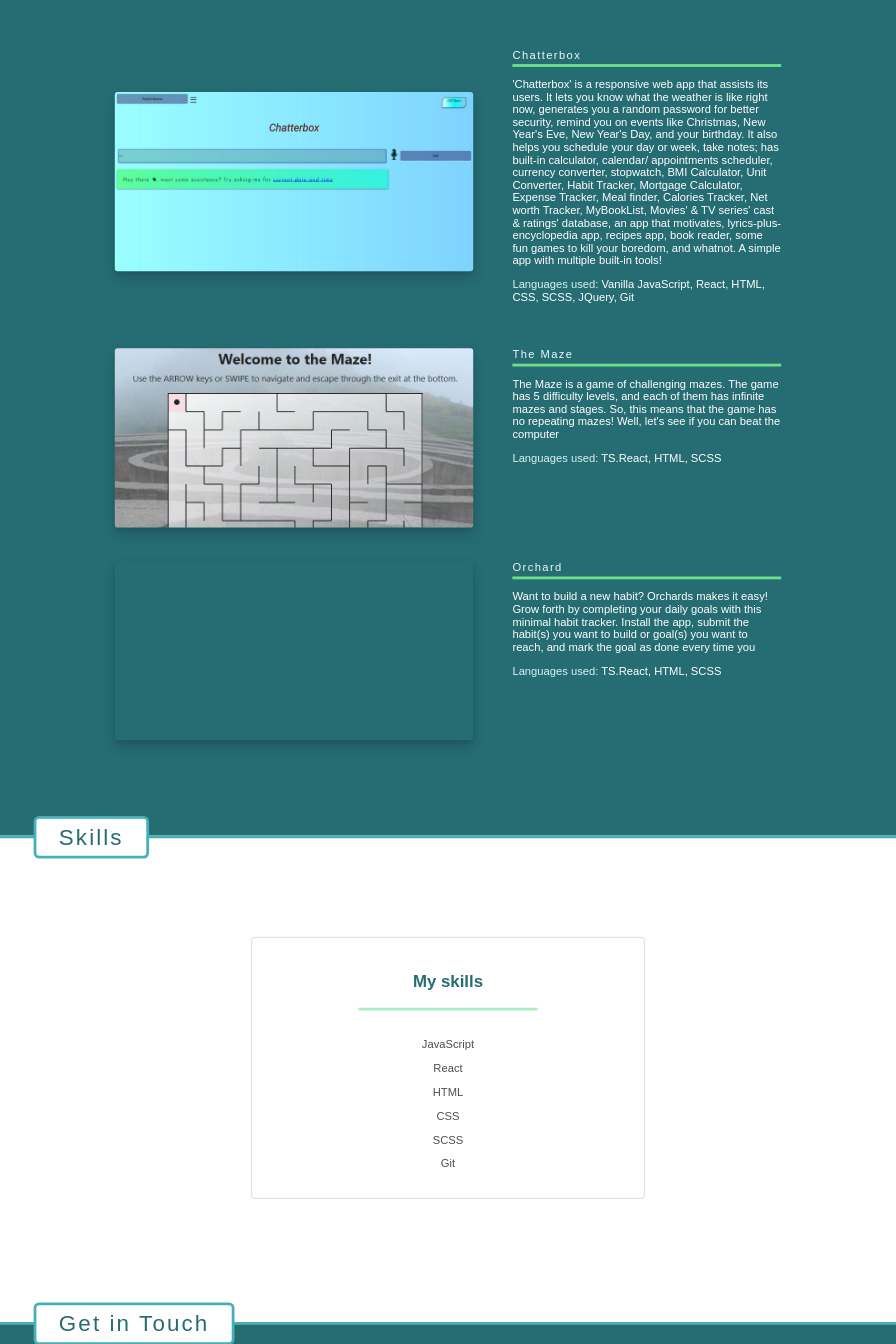
Repository: Abbaskhurram255/port
Page: /
The author's editor kept a copy of each file at every save. The page is drawn from the files as they stood at one save, then again after the next save.
The browser window is 1280 px wide. The pictures show the part of the page from y = 901 to 2821 px (the page is 3086 px tall), at 70% of full size.
The page's requests for data from a server got no answer. Some web fonts or font styles are not loaded; a fallback is used. Some web libraries are served in a nearby version. The project was rebuilt for these pictures with package versions that can differ from the ones it lists, and the page was loaded fresh each time. No one was signed in, and anything a server would have sent is missing.

Above is the page before, as saved 2021-01-01 23:15:03.

After the next save:
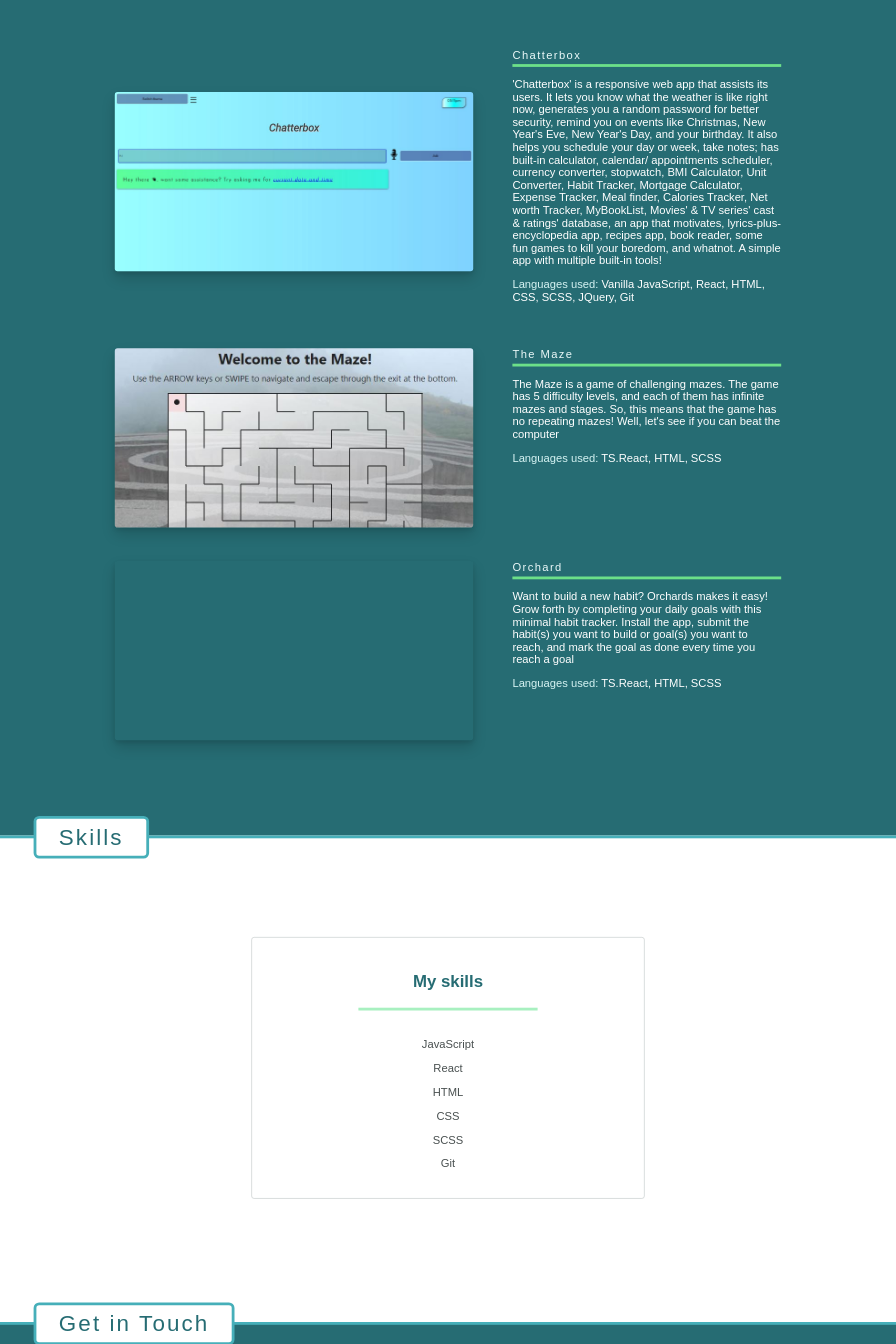
Saved 34 s later.
--- a/src/utils/data.ts
+++ b/src/utils/data.ts
@@ -32,7 +32,7 @@
   },
   {
     description:
-      "Want to build a new habit? Orchards makes it easy! Grow forth by completing your daily goals with this minimal habit tracker. Install the app, submit the habit(s) you want to build or goal(s) you want to reach, and mark the goal as done every time you ",
+      "Want to build a new habit? Orchards makes it easy! Grow forth by completing your daily goals with this minimal habit tracker. Install the app, submit the habit(s) you want to build or goal(s) you want to reach, and mark the goal as done every time you reach a goal",
     image: "orchard",
     name: "Orchard",
     androidVLink: "https://github.com/Abbaskhurram255/habit-builder/raw/main/android/orchard.apk?raw=true",
